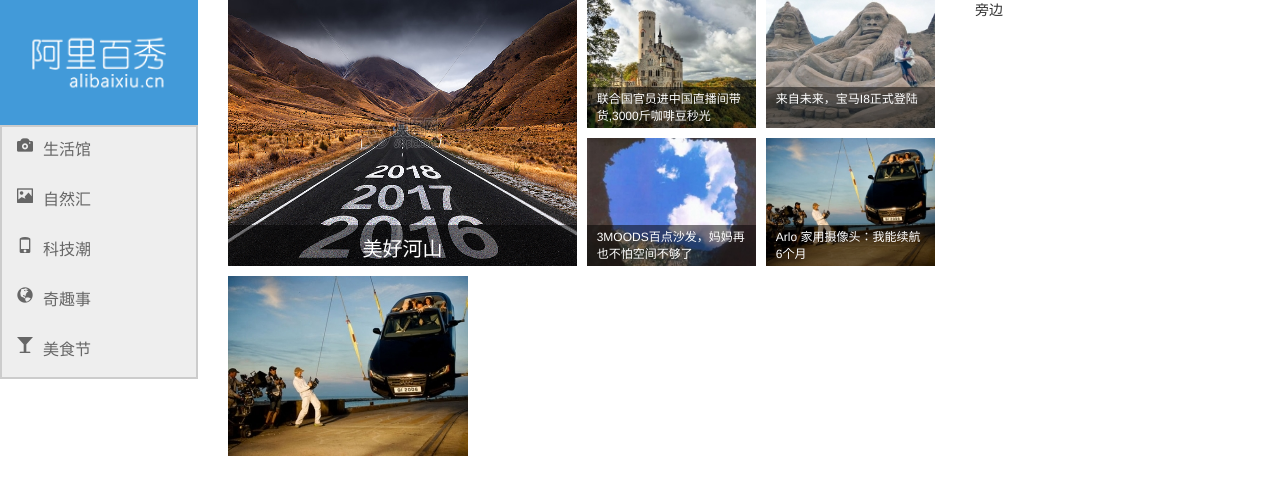
Repository: zhangwen001208/bootstrap-demo
Page: index.html
These files come from the project's save history. The page is drawn as it stood at one moment and after the next save; the edit follows.
The browser window is 1280 px wide. The pictures show the whole page.

Above is the page before, as saved 2022-09-08 11:23:51.

### index.html
<!DOCTYPE html>
<html lang="en">
<head>
    <meta charset="UTF-8">
    <meta http-equiv="X-UA-Compatible" content="IE=edge">
    <meta name="viewport" content="width=device-width, initial-scale=1.0">
    <link rel="stylesheet" href="./bootstrap/css/bootstrap.min.css">
    <link rel="stylesheet" href="./css/index.css">

    <title>Document</title>
</head>
<body>
    <div class="container">
        <div class="row">
            <header class="col-md-2">
                <div class="logo">
                    <img src="./images/logo.png" alt="">
                </div>
                <div class="nav">
                    <ul class="nav flex-column">
                        <li class="nav-item">
                          <a class="nav-link active glyphicon glyphicon-camera" href="#">生活馆</a>
                        </li>
                        <li class="nav-item">
                          <a class="nav-link glyphicon glyphicon-picture" href="#">自然汇</a>
                        </li>
                        <li class="nav-item">
                          <a class="nav-link glyphicon glyphicon-phone" href="#">科技潮</a>
                        </li>
                        <li class="nav-item">
                          <a class="nav-link glyphicon glyphicon-globe ">奇趣事</a>
                        </li>
                        <li class="nav-item">
                            <a class="nav-link glyphicon glyphicon-glass">美食节</a>
                          </li>
                      </ul>
                </div>

            </header>
            <article class="col-md-7">
              <ul class="item">
                <li>
                    <a href="">
                    <img src="./images/news-1.jpg" alt="">
                    <p>美好河山</p>
                    </a>
            </li>
                <li><a href="">
                    <img src="./images/news-2.jpg" alt="">
                    <p>联合国官员进中国直播间带货,3000斤咖啡豆秒光</p>
                </a></li>
                <li><a href="">
                    <img src="./images/news-3.jpg" alt="">
                    <p>来自未来，宝马I8正式登陆</p>
                </a></li>
                <li><a href="">
                    <img src="./images/news-4.jpg" alt="">
                    <p>3MOODS百点沙发，妈妈再也不怕空间不够了</p>
                </a></li>
                <li><a href="">
                    <img src="./images/news-5.jpg" alt="">
                    <p>Arlo 家用摄像头：我能续航6个月</p>
                </a></li>
              </ul>
              <div class="page">
                <div class="row">
                    <div class="col-md-3">
                        <a href="">
                            <img src="./images/news-5.jpg" alt="">
                        </a>
                    </div>
                </div>
              </div>

            </article>
            <aside class="col-md-3">
                旁边

            </aside>



        </div>
    </div>

</body>
</html>

### css/index.css

 @media screen and (min-width: 1280px) {
    .container {
        width: 1280px
    }

 }
 ul{
    padding: 0;
    margin: 0;
 }
 ul>li {
    list-style: none;
    text-decoration: none;

 }
 a {
    color: #666;
 }
 a:hover {
    text-decoration: none;
 }
 p{
    margin-bottom: 0;
 }






 header {
    padding-left: 0 !important;

 }
 .logo {
    background-color: #429ad9;


 }
 .logo img {
    width: 100%;

 }
 .nav {
    border: 1px solid #ccc ;
    background-color: #eee;
 }

 .nav-item a {
    display: block;
    font-size: 16px;
    height: 50px;
 }
.nav-item a::before {
    vertical-align: middle;
    padding-right: 10px;
}
.nav-item:hover {
    background-color: #fff !important;
}

article {
    padding: 0;
}

.item li {

    float: left;
    width: 25%;
    height: 128px;
    padding-right: 10px;
    margin-bottom: 10px;

}
.item li a {
    position: relative;
    display: block;
    width: 100%;
    height: 100%;
}


.item li:nth-child(1) {
    width: 50%;
    height: 266px;
    padding-right: 10px;


}
.item li:nth-child(1) p {
    font-size: 20px;
    line-height: 41px;
    text-align: center;
}
.item li>a img {
    width: 100%;
    height: 100%;

}
.item li>a p {
    position: absolute;
    display: block;
    height: 41px;

    width: 100%;
    bottom: 0;
    left: 0;
    background: rgba(0, 0, 0, 0.5);
    font-size: 12px;
    padding: 4px 10px;
    color: #fff;

}

Loaded but not shown: bootstrap/css/bootstrap.min.css (library)

After the next save:
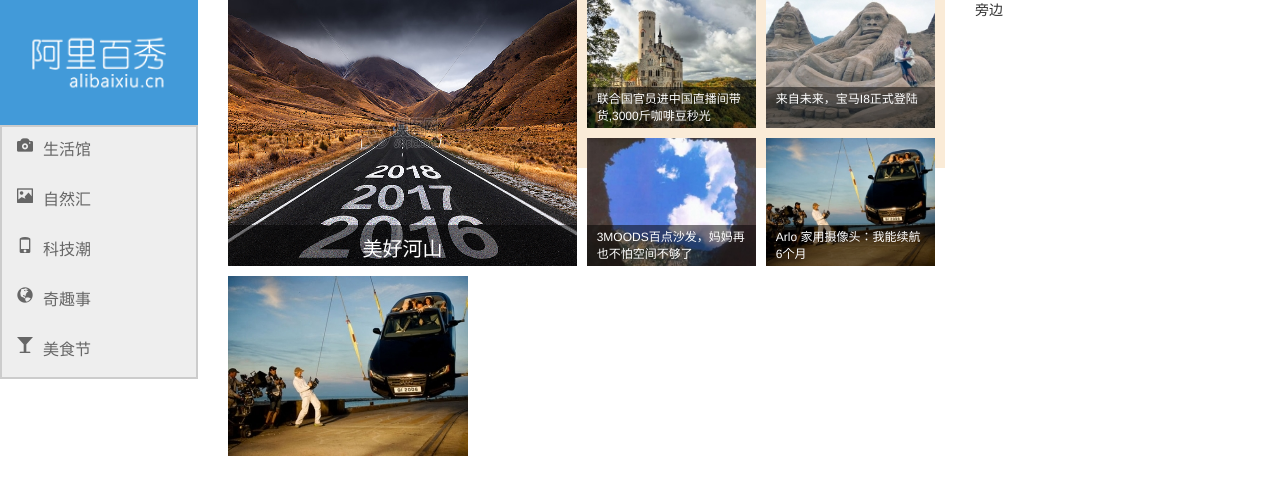
Saved 95 s later.
--- a/css/index.css
+++ b/css/index.css
@@ -112,3 +112,7 @@
     color: #fff;
 
 }
+.page {
+    height: 168px;
+    background-color: antiquewhite;
+}
